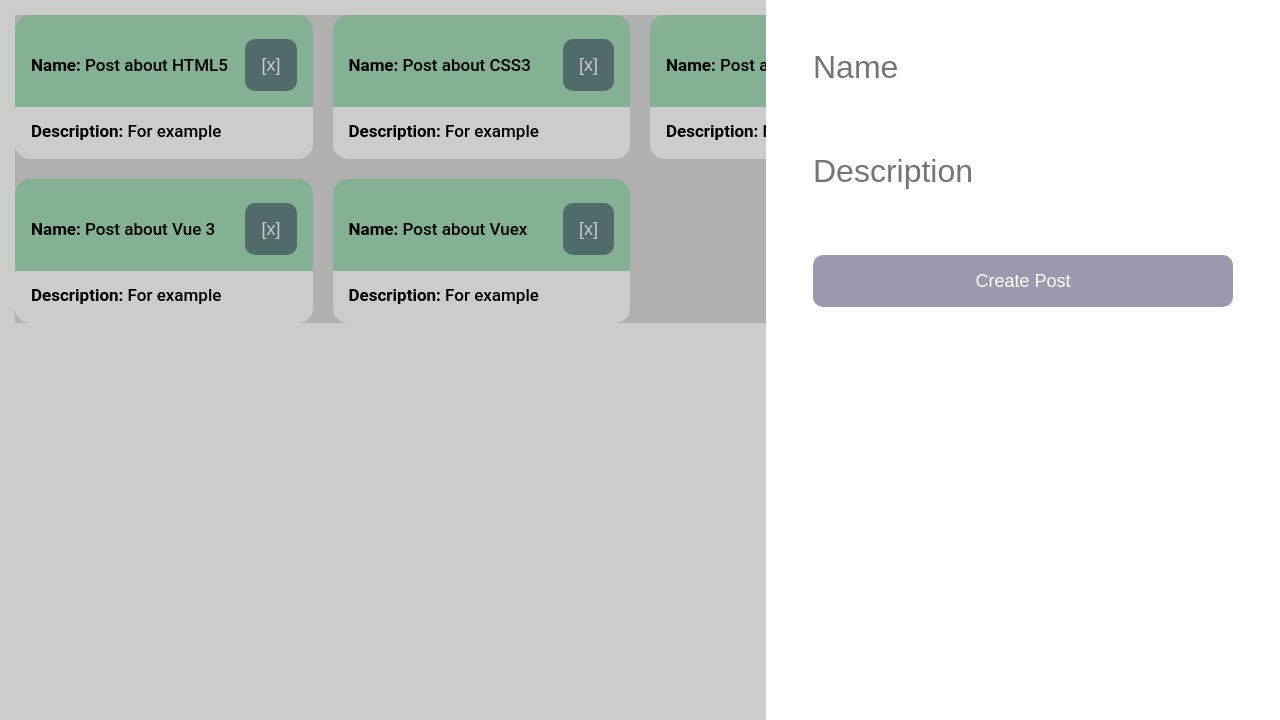
Repository: Axeliriya/vue-todo
Page: /
The author's editor kept a copy of each file at every save. The page is drawn from the files as they stood at one save, then again after the next save.
The browser window is 1280 px wide. The pictures show the whole page.
The project was rebuilt for these pictures with package versions that can differ from the ones it lists, and the page was loaded fresh each time. Also part of the build but not shown: vue.config.js, src/components/UI/CustomInput.vue.

Above is the page before, as saved 2022-04-01 21:24:52.

After the next save:
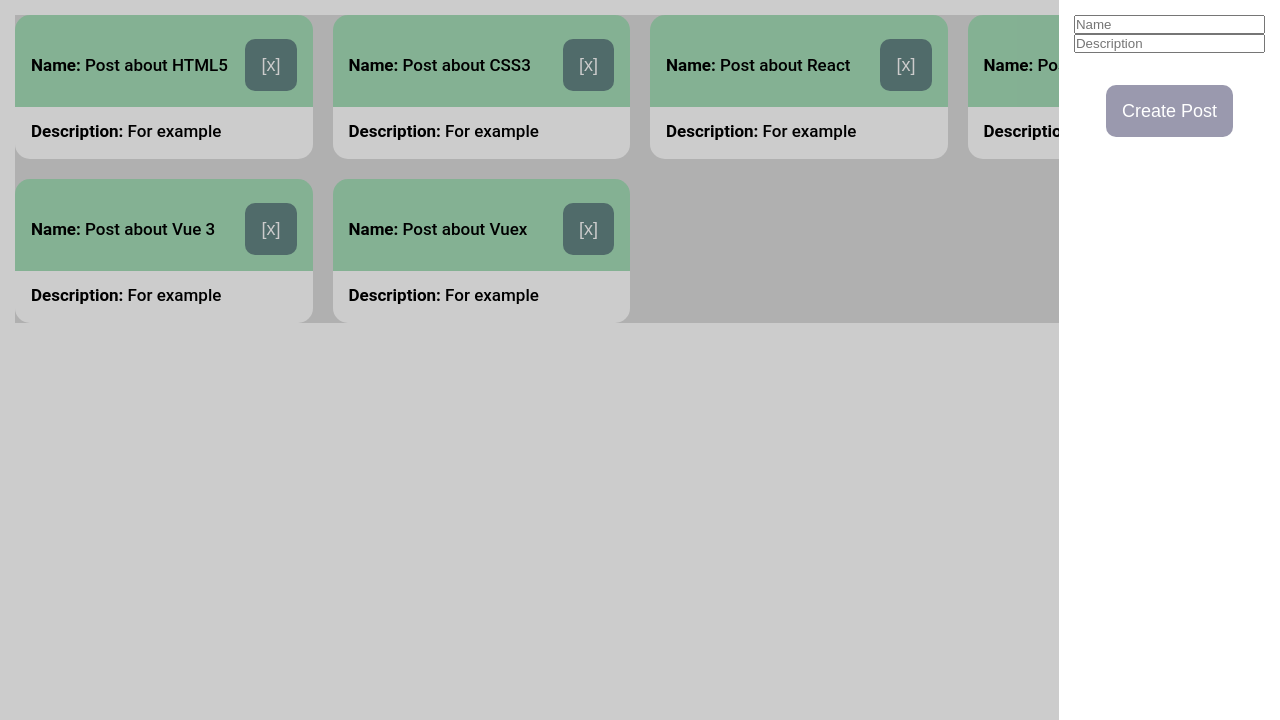
Saved 50 s later.
--- a/src/components/PostForm.vue
+++ b/src/components/PostForm.vue
@@ -42,15 +42,6 @@ export default {
   grid-template-columns: 1fr;
 }
 
-.input {
-  background-color: transparent;
-  border: none;
-  padding: 32px;
-  font-weight: 400;
-  font-size: 32px;
-  line-height: 40px;
-}
-
 .button__wrapper {
   padding: 32px;
 }
